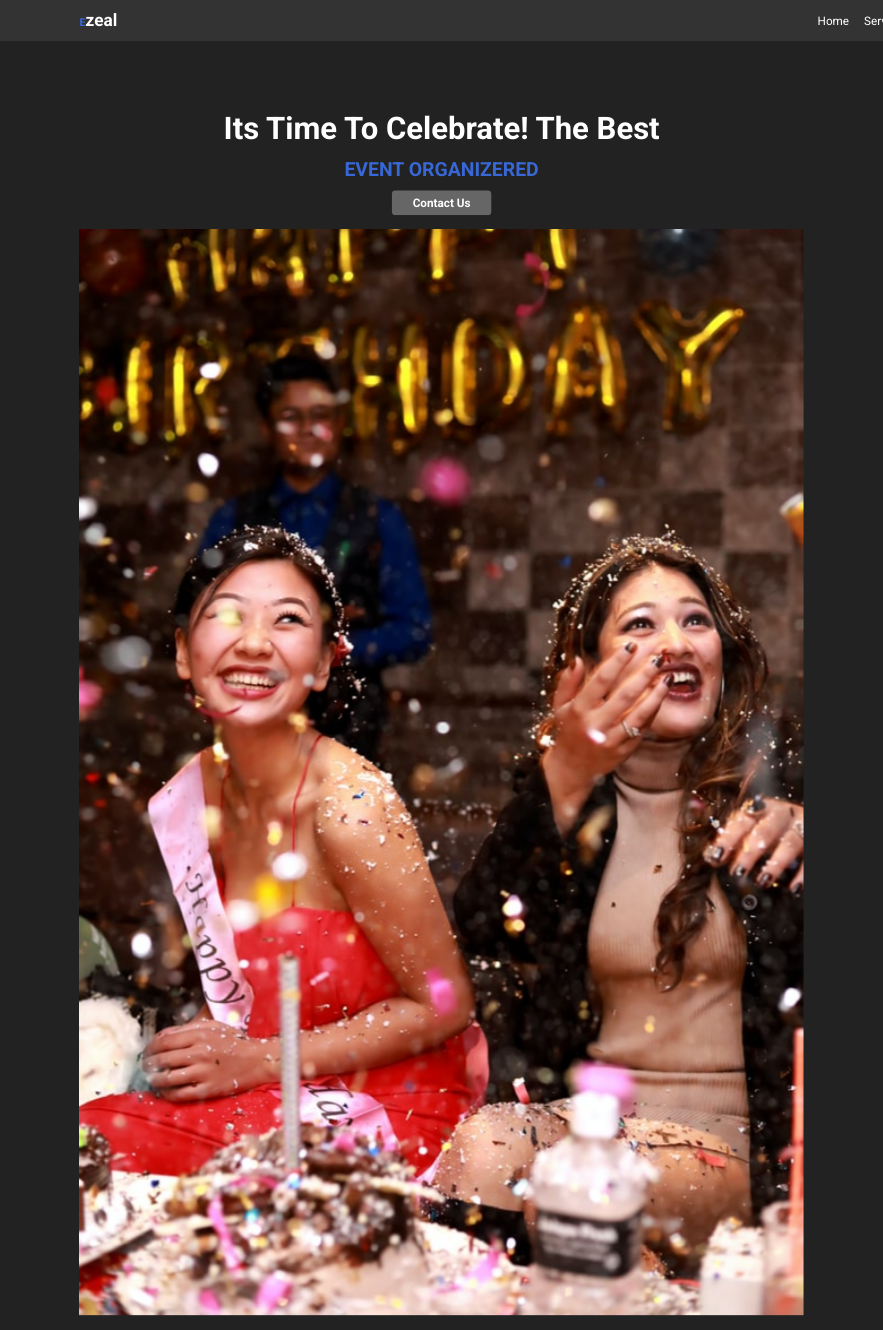
Repository: Jayce1607/First-clone
Page: html/index.html
An editor plug-in stored every save of this project. The page is shown before and after the next save, followed by the edit.
The browser window is 1280 px wide. The pictures show the whole page, at 69% of full size.

Above is the page before, as saved 2021-08-26 18:52:06.
Console error: ReferenceError: Swiper is not defined

After the next save:
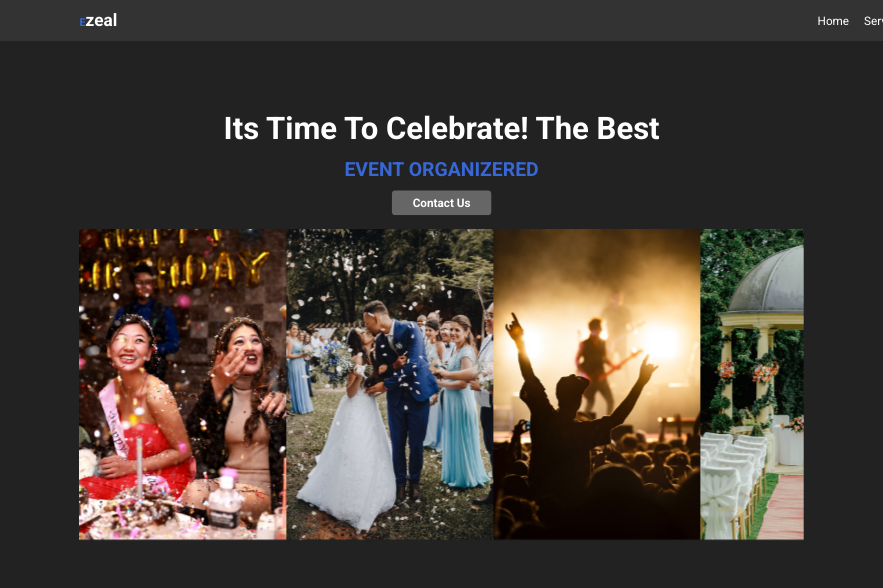
Saved 61 s later.
--- a/css/app.css
+++ b/css/app.css
@@ -66,7 +66,12 @@
   color: var(--main-color);
   text-transform: uppercase;
 }
-
+.home .home-slider .swiper-slide{
+  overflow: hidden;
+  border-radius: .5rem;
+  height: 50rem;
+  width: 30rem;
+}
 
 
 
